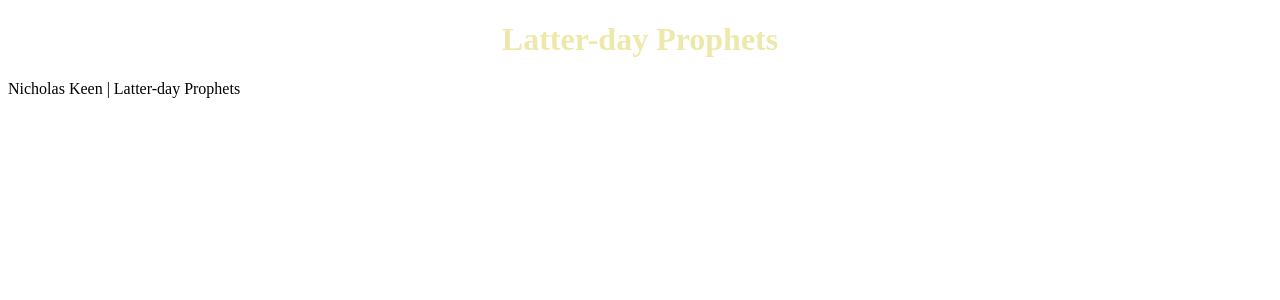
Repository: nak97/WDD230
Page: lesson09/prophets.html
These files come from the project's save history. The page is drawn as it stood at one moment and after the next save; the edit follows.
The browser window is 1280 px wide. The pictures show the whole page.
The page's requests for data from a server got no answer.

Above is the page before, as saved 2023-11-14 14:50:50.

After the next save:
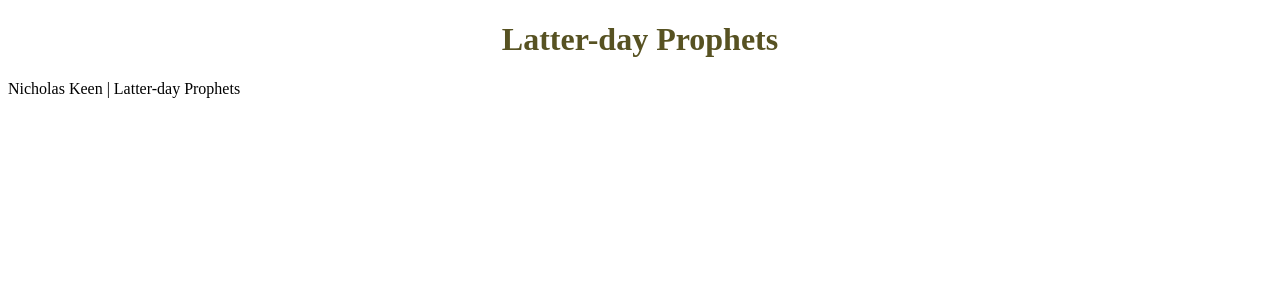
Saved 105 s later.
--- a/lesson09/styles/prophets.css
+++ b/lesson09/styles/prophets.css
@@ -1,6 +1,6 @@
 header {
   text-align: center;
-  color: palegoldenrod;
+  color: rgb(87, 82, 34);
 }
 
 div{
